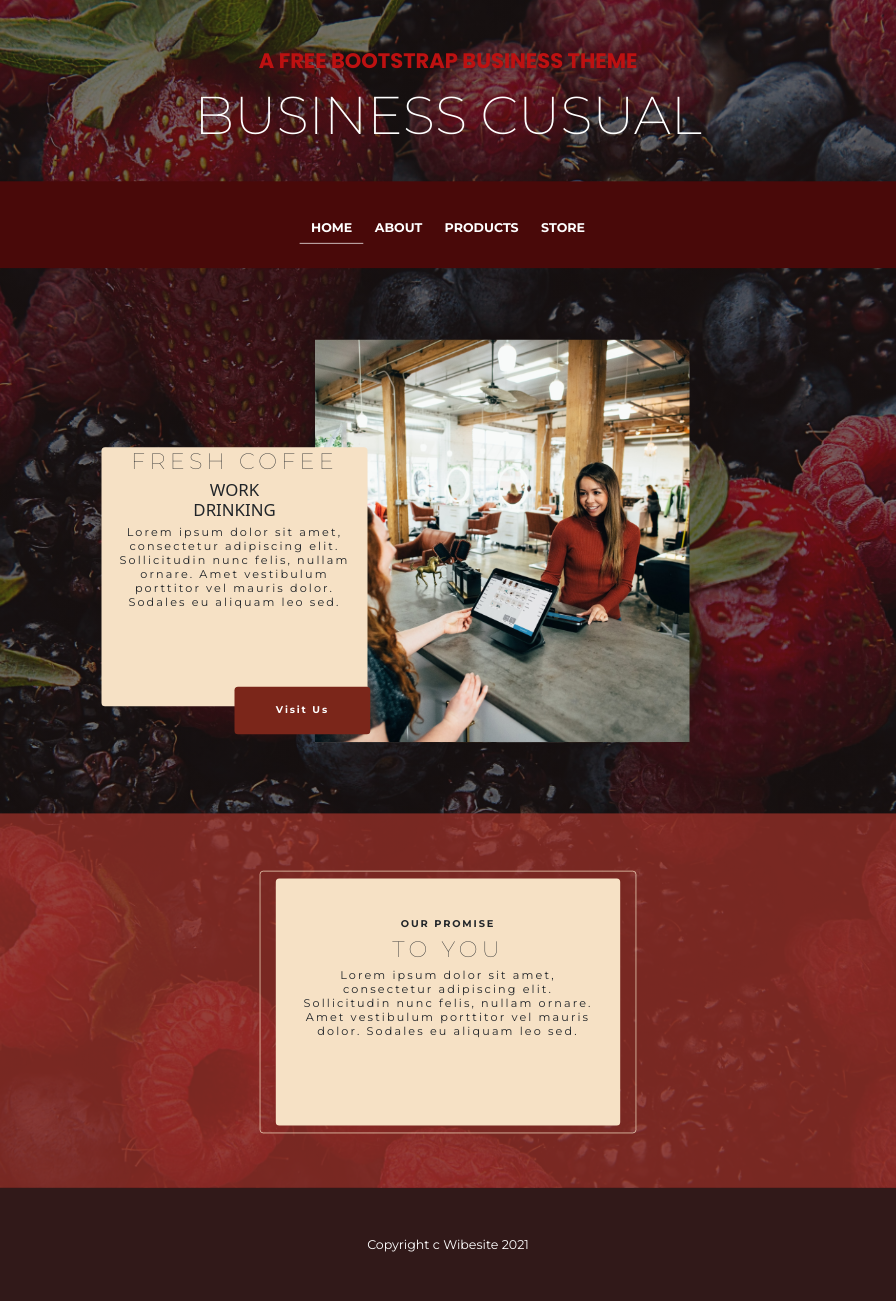
Repository: wadelfadill/tache_7_Business_bootstrap_theme
Page: index.html
The author's editor kept a copy of each file at every save. The page is drawn from the files as they stood at one save, then again after the next save.
The browser window is 1280 px wide. The pictures show the whole page, at 70% of full size.

Above is the page before, as saved 2023-04-27 22:15:46.

### index.html
<!DOCTYPE html>
<html lang="en">
<head>
    <meta charset="UTF-8">
    <meta http-equiv="X-UA-Compatible" content="IE=edge">
    <meta name="viewport" content="width=device-width, initial-scale=1.0">
    <!------ title of website ------>
    <title>Business website</title>
    <!------ Bootstrap cdn link ------>
    <link href="https://cdn.jsdelivr.net/npm/bootstrap@5.1.3/dist/css/bootstrap.min.css" rel="stylesheet" integrity="sha384-1BmE4kWBq78iYhFldvKuhfTAU6auU8tT94WrHftjDbrCEXSU1oBoqyl2QvZ6jIW3" crossorigin="anonymous">
    <!------- css link -------------->
    <link rel="stylesheet" href="css/style.css">
    <link rel="stylesheet" href="css/index_style.css">
    <!---------Google Fonts links ---------->
    <link rel="preconnect" href="https://fonts.googleapis.com">
    <link rel="preconnect" href="https://fonts.gstatic.com" crossorigin>
    <link href="https://fonts.googleapis.com/css2?family=Montserrat:wght@100;200;400;700&family=Poppins:wght@700&display=swap" rel="stylesheet">

</head>
<body>
    <!-- ========== Start Header Section ========== -->
    <header id="header">
        <h2 class="first_title text-center">A FREE BOOTSTRAP BUSINESS THEME</h2>
        <h1 class="second_title text-center">BUSINESS CUSUAL</h1>
        <!-- ========== Start navbar  Section ========== -->
        <nav class="my-auto mt-5">
            <div class="container my-auto">
                <ul class="nav justify-content-center">
                    <li class="nav-item">
                      <a class="nav-link active" aria-current="page" href="index.html">HOME</a>
                    </li>
                    <li class="nav-item">
                      <a class="nav-link" href="about.html">ABOUT</a>
                    </li>
                    <li class="nav-item">
                      <a class="nav-link" href="product.html">PRODUCTS</a>
                    </li>
                    <li class="nav-item">
                      <a class="nav-link" href="store.html">STORE</a>
                    </li>
                </ul>
            </div>
        </nav>
        <!-- ========== End navbar  Section ========== -->
    </header>
    <!-- ========== End Header Section ========== -->
    <!-- ========== Start Main Section ========== -->
    <main>
      <!-- ========== Start first Section ========== -->
      <section id="first_section">
        <div class="container">
          <div class="row align-items-center">
            <div class="col-4 div-1 text-center position-relative start-25">
              <h3>FRESH COFEE</h3>
              <h4>WORK <br> DRINKING</h4>
              <p>Lorem ipsum dolor sit amet, consectetur adipiscing elit.
                Sollicitudin nunc felis, nullam ornare.
                Amet vestibulum porttitor vel mauris dolor.
                Sodales eu aliquam leo sed.
              </p>
              <button class="text-center">Visit Us</button>
            </div>
            <div class="col-6 div-2">
            </div>
          </div>
        </div>
      </section>
      <!-- ========== End first Section ========== -->
      <!-- ========== Start second Section ========== -->
      <section id="second_section">
        <div class="container">
          <div class="row text-center justify-content-center">
            <div class="col-12 text-center border_box">
              <div class="box text-center ps-md-5 pe-md-5">
                <h2 class="text-center">OUR PROMISE</h2>
                <h3 class="text-center">TO YOU</h3>
                <p>Lorem ipsum dolor sit amet, <br> consectetur adipiscing elit. <br>
                  Sollicitudin nunc felis, nullam ornare. <br>
                  Amet vestibulum porttitor vel mauris <br> dolor.
                  Sodales eu aliquam leo sed.
                </p>
              </div>
            </div>
          </div>
        </div>
      </section>
      <!-- ========== End second Section ========== -->
    </main>
    <!-- ========== End Main Section ========== -->
    <footer id="footer">
        <p class="text-center">Copyright c Wibesite 2021</p>
    </footer>



    <!------ Bootstrap script -------->
    <script src="https://cdn.jsdelivr.net/npm/bootstrap@5.1.3/dist/js/bootstrap.bundle.min.js" integrity="sha384-ka7Sk0Gln4gmtz2MlQnikT1wXgYsOg+OMhuP+IlRH9sENBO0LRn5q+8nbTov4+1p" crossorigin="anonymous"></script>
</body>
</html>

### css/style.css
/* ===== General ====== */

:root{
    --red-color: #BD1111;
    --bg-red:#490909;
    --white-color: #FFFFFF;
    --black-color: #000000;
    --bg-beize:#F6E1C5;
    --bg-red-black: #311919;
    --bg-red-opac:rgba(165, 52, 43, 0.69);
    --red-border: #CD5449;
}
*{
    margin: 0;
    padding: 0;
}
body{
    padding: 0;
    margin: 0;
    background-image: linear-gradient(rgba(34, 24, 24, 0.6), rgba(34, 24, 24, 0.6)), url("../images/1.jpeg");
    background-position: center;
    background-size: cover;
    background-repeat: no-repeat;
}
/* ===== squelette ====== */
/* ===== header section ====== */
/* ===== header titles ======= */
#header .first_title{
    font-family: 'Poppins';
    font-style: normal;
    font-weight: 700;
    font-size: 30px;
    line-height: 45px;
    color: var(--red-color);
    margin-top: 65px;
}
#header .second_title{
    font-family: 'Montserrat';
    font-style: normal;
    font-weight: 200;
    font-size: 76px;
    line-height: 93px;
    color: var(--white-color);
}
/* ====== header navbar ======*/
#header nav{
    background: var(--bg-red);
    height: 124px;
}
#header nav ul li{
    margin-top: 48px;
}
#header nav a{
    font-family: 'Montserrat';
    font-style: normal;
    font-weight: 700;
    font-size: 18px;
    line-height: 22px;
    color: var(--white-color);
}
#header nav a.active{
    padding-bottom: 10px;
    border-bottom: 1px solid white;
}
/* ==== Main section ==========*/
/* main{
    height: 1000px;
} */
/* ====== footer section ====== */
#footer{
    height: 162px;
    background: var(--bg-red-black);
    padding-top: 70px;
}
#footer p{
    font-family: 'Montserrat';
    font-style: normal;
    font-weight: 400;
    font-size: 18px;
    line-height: 22px;
    color: var(--white-color);
}

### css/index_style.css
/* ===== General ====== */

:root{
    --red-color: #BD1111;
    --bg-red:#490909;
    --white-color: #FFFFFF;
    --black-color: #000000;
    --bg-beize:#F6E1C5;
    --bg-red-black: #311919;
    --bg-red-opac:rgba(165, 52, 43, 0.69);
    --red-border: #CD5449;
}

/* ==== first section ====== */
#first_section{
    margin-top: 102px;
}
#first_section .div-1{
    min-height:370px !important;
    background: var(--bg-beize);
    border-radius: 5px;
    max-width: 864px;
    position: relative;
    left: 75px;
}
#first_section .div-1 h2{
    font-family: 'Montserrat';
    font-style: normal;
    font-weight: 700;
    font-size: 14px;
    line-height: 17px;
    text-align: center;
    letter-spacing: 0.19em;
}
#first_section .div-1 h3{
    font-family: 'Montserrat';
    font-style: normal;
    font-weight: 100;
    font-size: 32px;
    line-height: 39px;
    text-align: center;
    letter-spacing: 0.19em;
}
#first_section .div-1 p{
    font-family: 'Montserrat';
    font-style: normal;
    font-weight: 400;
    font-size: 16px;
    line-height: 20px;
    text-align: center;
    letter-spacing: 0.19em;
}
#first_section .div-1 button{
    width: 194px;
    height: 68px;
    background: #7B261A;
    border: none;
    font-family: 'Montserrat';
    font-style: normal;
    font-weight: 700;
    font-size: 14px;
    line-height: 17px;
    text-align: center;
    letter-spacing: 0.19em;
    border-radius: 5px;
    color: var(--white-color);
    position: absolute;
    bottom: -40px;
}
#first_section .div-2{
    background: url("../images/home-img1.png");
    height: 576.04px;
    max-width: 535px;
    background-position: center;
    background-size: cover;
    margin-bottom: 101px;
}

/* ===== second section ====== */
#second_section{
    width: 100%;
    background: rgba(165, 52, 43, 0.69);
    height: 535px;

}
#second_section .box{
    height: 353.38px;
    max-width: 873px;
    border-radius: 5px;
    background: var(--bg-beize);
    margin: 10px;
    padding-left: 40px !important;
    padding-right: 40px !important;
}
#second_section .border_box{
    border: 1px solid var(--bg-beize);
    border-radius: 5px;
    margin-top: 82px !important;
    margin-bottom: 102px;
    max-width: max-content;
    margin: auto;
}
#second_section .box h2{
    font-family: 'Montserrat';
    font-style: normal;
    font-weight: 700;
    font-size: 14px;
    line-height: 17px;
    text-align: center;
    letter-spacing: 0.19em;
    padding-top: 56px;
}
#second_section .box h3{
    font-family: 'Montserrat';
    font-style: normal;
    font-weight: 100;
    font-size: 32px;
    line-height: 39px;
    text-align: center;
    letter-spacing: 0.19em;
}
#second_section .box p{
    font-family: 'Montserrat';
    font-style: normal;
    font-weight: 400;
    font-size: 16px;
    line-height: 20px;
    text-align: center;
    letter-spacing: 0.19em;
}

After the next save:
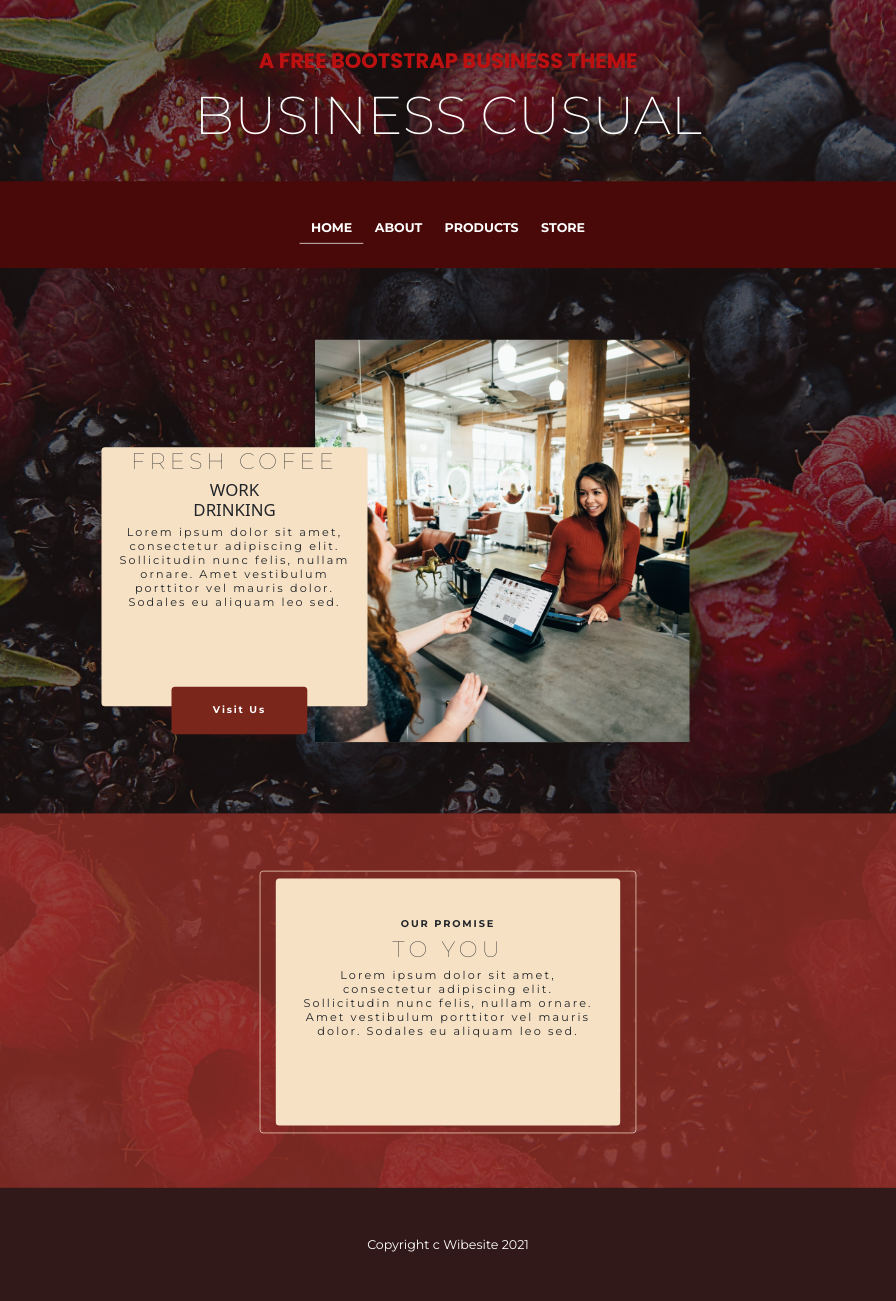
Saved 25 s later.
--- a/css/index_style.css
+++ b/css/index_style.css
@@ -66,6 +66,7 @@
     color: var(--white-color);
     position: absolute;
     bottom: -40px;
+    left: 100px;
 }
 #first_section .div-2{
     background: url("../images/home-img1.png");

After the save that followed:
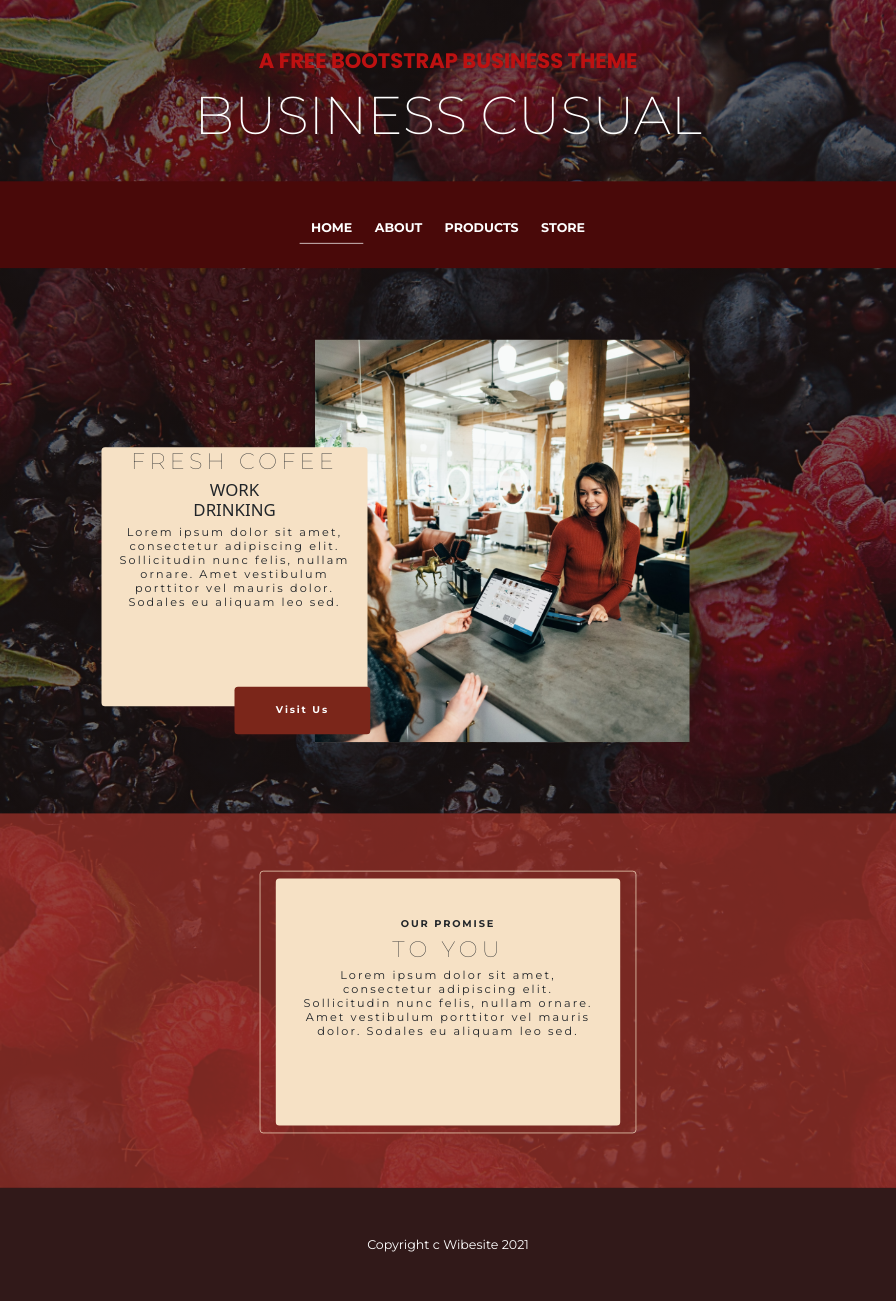
Saved 29 s later.
--- a/css/index_style.css
+++ b/css/index_style.css
@@ -66,7 +66,7 @@
     color: var(--white-color);
     position: absolute;
     bottom: -40px;
-    left: 100px;
+    left: auto;
 }
 #first_section .div-2{
     background: url("../images/home-img1.png");
